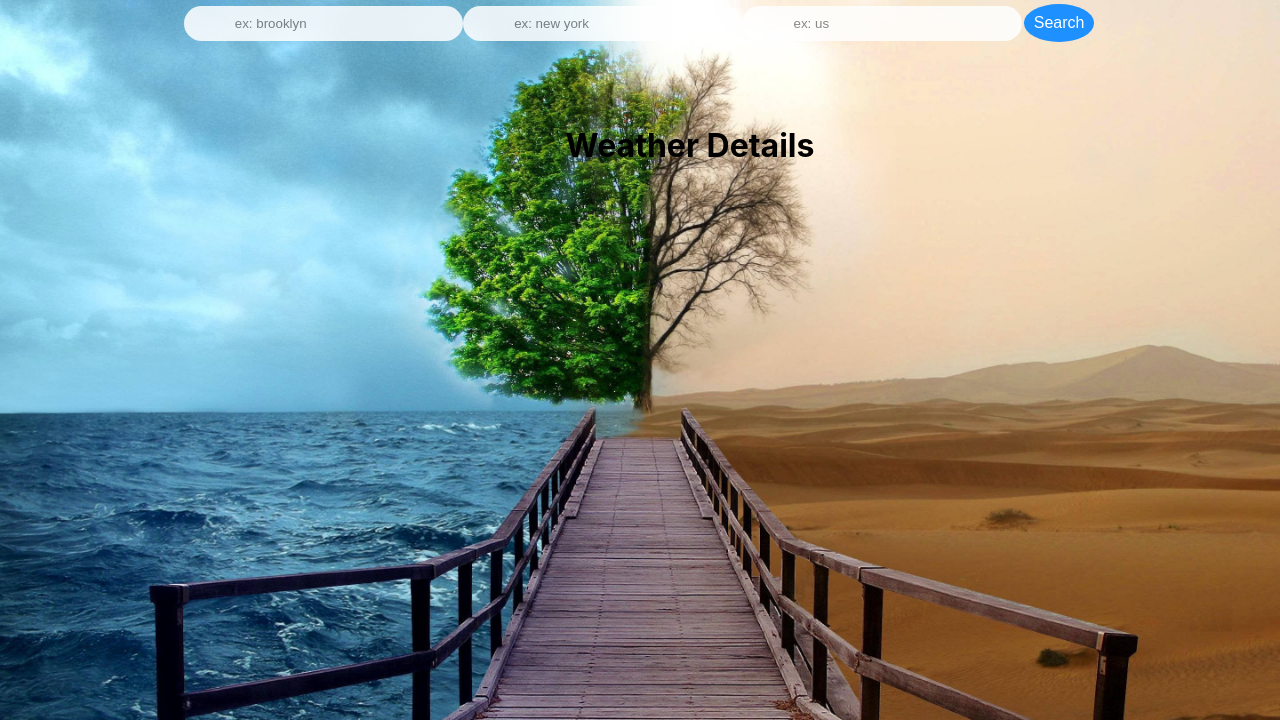
Repository: Mohsin231/Weather_App
Page: /
An editor plug-in stored every save of this project. The page is shown before and after the next save, followed by the edit.
The browser window is 1280 px wide. The pictures show the whole page.
The project was rebuilt for these pictures with package versions that can differ from the ones it lists, and the page was loaded fresh each time.

Above is the page before, as saved 2021-01-25 04:45:09.

### src/App.js
import React, { useState } from 'react'
import Weather from './Components/Weather'
import WeatherDetails from './Components/WeatherDetails'
import SearchForm from './Components/SearchForm'
import { Route } from 'react-router-dom';
import './App.css';

function App() {

  const [data, setData] = useState({
    city:"",
    state:"",
    country:""
  })

  //weather.js data
  const [weatherData, setWeatherData] = useState(null);
  //weatherDetails data
  const [weatherDetails, setWeatherDetails] = useState(null);

  //displays weather.js data
  function handleChange(event) {
    setData({...data, [event.target.id]:event.target.value})
    console.log(data)
    }

  return (
    <>
    <div className="App">
      <SearchForm
      handleChange={handleChange}
      data={data}
      setData={setData}
      setWeatherData={setWeatherData}
      setWeatherDetails={setWeatherDetails}
      />

<Route path="/" exact component={() => <Weather data={data} setData={setData} weatherData={weatherData}  />} />
<Route path="/" exact component={() => <WeatherDetails data={data} setData={setData} weatherDetails={weatherDetails} />} />

    </div>
    </>

  );
}

export default App;

### src/Components/Weather.js
import React, { useState } from "react";
import WeatherDetails from "../Components/WeatherDetails";
import '../Weather.css';

const Weather = ({ data, setData, weatherData }) => {
  const [action, setAction] = useState("");

  return (
      <div className="main">

        {weatherData &&
        (
          <div className="city-container">

            <div className="city">
            <h2 className="city-name">
              <span>{weatherData.name}, {weatherData.sys.country}</span>
            </h2>

            <div className="city-temp">
              {Math.round(weatherData.main.temp)}
              <sup>&deg;F</sup>
            </div>

            <div className="icon">
              <img className="city-icon" src={`https://openweathermap.org/img/wn/${weatherData.weather[0].icon}@2x.png`} alt={weatherData.weather[0].description} />
              <p>{weatherData.weather[0].description}</p>
            </div>
            </div>

            <button onClick = {() => {setAction("moreDetails")}} id="moreDetails">Show more details...</button>
            </div>

)
}
      {
        action === "moreDetails"
        &&
        <WeatherDetails/>
      }
      </div>

    );
}

export default Weather;




// {weatherData && (
//   <div className="city"
//   <h2 className="city">
//     <span>{weatherData.name}, {weatherData.sys.country}</span>
//   </h2>

// <div className="city-temp">
//   {Math.round(weatherData.main.temp)}
//   <sup>&deg;F</sup>
// </div>

// <div className="city-icon">
// <img className="weather-icon" src={`http://openweathermap.org/img/wn/${weatherData.weather[0].icon}@2x.png`} alt={weatherData.weather[0].description} />
// <p>{weatherData.weather[0].description}</p>
// </div>

// </div>

// )}

// </div>
// </>

### src/Components/WeatherDetails.js
import React from "react";
import '../WeatherDetails.css';

//displays details of weather
const WeatherDetails = ({data, setData, weatherDetails }) => {

  return (
    <div className="main">
      <h1>Weather Details</h1>

      {weatherDetails &&
      (
        <div className="moreInfo">
          <h2>Feels Like: {weatherDetails.main.feels_like}</h2>
          <h2>Min: {weatherDetails.main.temp_min}, Max:{weatherDetails.main.temp_max}</h2>
          <h2>Humidity: {weatherDetails.main.humidity}</h2>
          <h2>Wind Speed: {weatherDetails.wind.speed}</h2>
          </div>

)
}

    </div>

  );
}

export default WeatherDetails;

### src/Components/SearchForm.js
import React, {useEffect} from 'react';
import '../SearchForm.css';
//search


  // Destructure props object
  function SearchForm({handleChange, data, setData, setWeatherData, setWeatherDetails }) {


    const getData = () => {

      let url = `http://api.openweathermap.org/data/2.5/weather?q=${data.city},${data.state},${data.country}&units=imperial&appid=${process.env.REACT_APP_ONEDAY}`

    fetch(url)
      .then(res => res.json())
      .then(res => {
        console.log(res)
        setWeatherData(res);
        setWeatherDetails(res)
      })
      .catch(err => {
        console.error(err);
      });}

  function handleSubmit(event) {
    event.preventDefault();
    getData();
  }

    return (
      <form onSubmit={handleSubmit} className="searchForm">
        <input
          className="search"
          id="city"
          placeholder="ex: brooklyn"
          type="text"
          name="searchString"
          required
          onChange={handleChange}
          value={data.city}
        />
        <input
        className="search"
          id="state"
          placeholder="ex: new york"
          type="text"
          name="searchString"
          required
          onChange={handleChange}
          value={data.state}
        />
        <input
        className="search"
          id="country"
          placeholder="ex: us"
          type="text"
          name="searchString"
          required
          onChange={handleChange}
          value={data.country}
        />
        <button className="button">Search</button>
      </form>
    );
  }
  export default SearchForm;

### src/App.css
.App {
  text-align: center;

}

body {
  background: url("./images/weatherBackground.jpg");
  background-size: cover;
  background-repeat: no-repeat;
}

### src/Weather.css
.main {
    height: 100%;
    display: flex;
    justify-content: center;
    align-items: center;
    flex-direction: column;
    padding-left: 100px;
  }

.city {
    padding: 50px;
    border-radius: 25px;
    background: rgba(235, 230, 230, 0.85);
}

#moreDetails {
    margin-top: 100px;
    background-color: dodgerblue;
    border: none;
    color: white;
    padding: 10px;
    text-align: center;
    text-decoration: none;
    display: inline-block;
    font-size: 16px;
    margin: 4px 2px;

}

### src/WeatherDetails.css
.more-info {
    padding: 40px, 40px, 60px, 60px;
    border-radius: 25px;
    background: rgba(235, 230, 230, 0.85);

}
.main {
    height: 100%;
    display: flex;
    justify-content: center;
    align-items: center;
    flex-direction: column;
  }

### src/SearchForm.css
.search {
    outline: none;
    padding: 10px 4%;
    border-radius: 20px;
    border: none;
    margin-bottom: 5%;
    opacity: 0.85;

}
.button {
    background-color: dodgerblue;
    border: none;
    color: white;
    padding: 10px;
    text-align: center;
    text-decoration: none;
    display: inline-block;
    font-size: 16px;
    margin: 4px 2px;
    border-radius: 80%;
  }

Loaded but not shown: public/index.html (common file); src/index.js (common file); src/index.css (common file); src/reportWebVitals.js (common file)

After the next save:
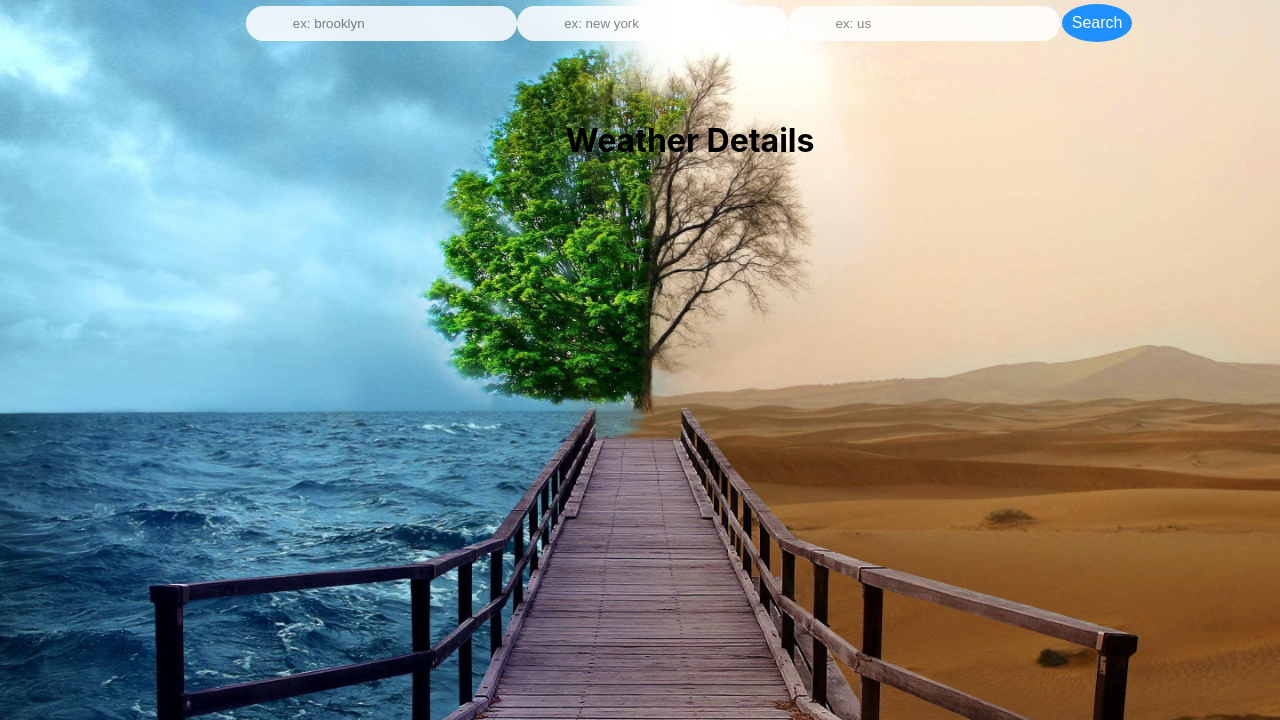
Saved 44 s later.
--- a/src/SearchForm.css
+++ b/src/SearchForm.css
@@ -19,3 +19,7 @@
     margin: 4px 2px;
     border-radius: 80%;
   }
+
+  .searchForm{
+    padding-left: 100px;
+  }
